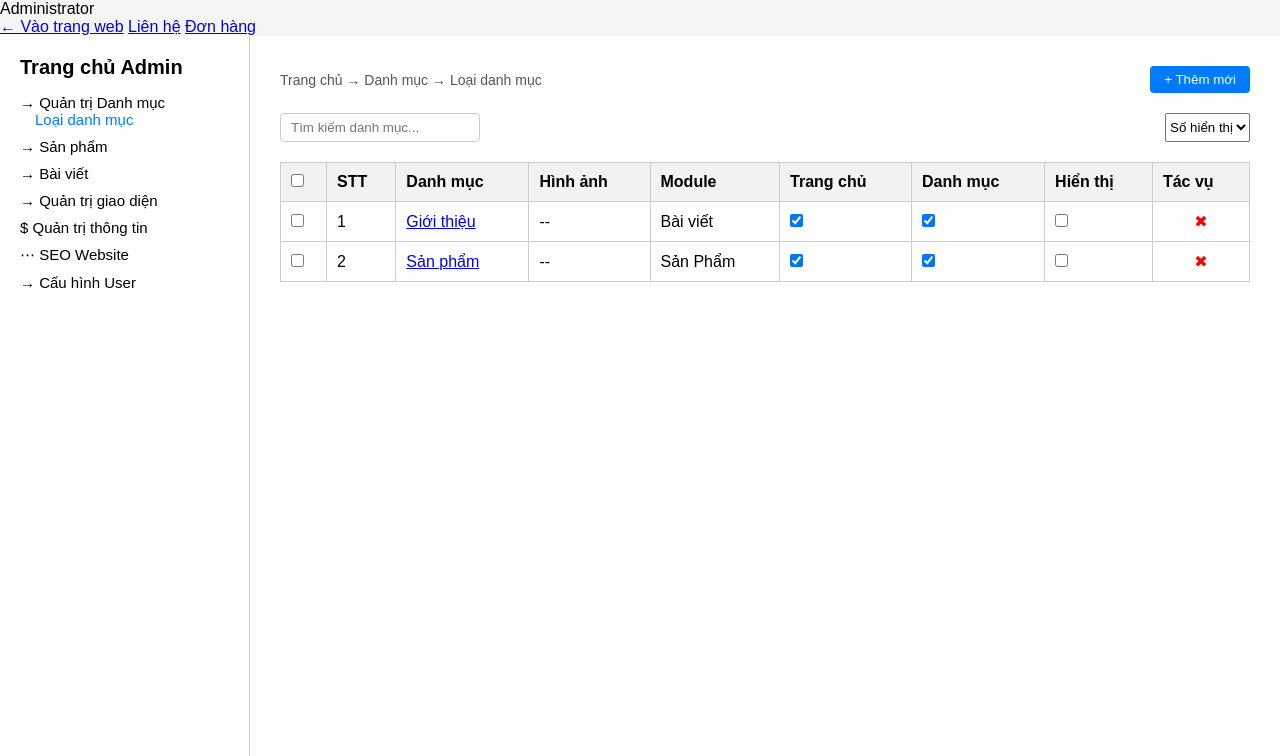
Repository: TranTanDat0606/Du-An-1
Page: Admin]/admin.html
An editor plug-in stored every save of this project. The page is shown before and after the next save, followed by the edit.
The browser window is 1280 px wide. The pictures show the whole page.

Above is the page before, as saved 2025-07-30 10:06:14.

### Admin]/admin.html
<!DOCTYPE html>
<html lang="vi">
<head>
    <meta charset="UTF-8" />
    <meta name="viewport" content="width=device-width, initial-scale=1.0"/>
    <title>Quản lý danh mục</title>
    <link rel="stylesheet" href="admin.css" />
</head>
<body>
    <header class="topbar">
    <div class="topbar-left">Administrator</div>
    <div class="topbar-right">
    <a href="#">← Vào trang web</a>
    <a href="#">Liên hệ</a>
    <a href="#">Đơn hàng</a></div>
</header>
    <div class="admin-container">
    <aside class="sidebar">
    <h2>Trang chủ Admin</h2>
    <ul>
        <li>→ Quản trị Danh mục
    <ul class="submenu">
            <li><a href="#">Loại danh mục</a></li>
    </ul>
        </li>
        <li>→ Sản phẩm</li>
        <li>→ Bài viết</li>
        <li>→ Quản trị giao diện</li>
        <li>$ Quản trị thông tin</li>
        <li>⋯ SEO Website</li>
        <li>→ Cấu hình User</li>
    </ul>
    </aside>
    <main class="main-content">
    <div class="header-bar">
        <span class="breadcrumbs">Trang chủ → Danh mục → Loại danh mục</span>
        <button class="btn-new">+ Thêm mới</button>
    </div>

    <div class="table-toolbar">
        <input type="text" class="search-input" placeholder="Tìm kiếm danh mục..." />
        <select>
    <option>Số hiển thị</option>
        </select>
    </div>
    <table>
        <thead>
    <tr>
            <th><input type="checkbox" /></th>
            <th>STT</th>
            <th>Danh mục</th>
            <th>Hình ảnh</th>
            <th>Module</th>
            <th>Trang chủ</th>
            <th>Danh mục</th>
            <th>Hiển thị</th>
            <th>Tác vụ</th>
    </tr>
        </thead>
        <tbody>
    <tr>
            <td><input type="checkbox" /></td>
            <td>1</td>
            <td><a href="#">Giới thiệu</a></td>
            <td>--</td>
            <td>Bài viết</td>
            <td><input type="checkbox" checked /></td>
            <td><input type="checkbox" checked /></td>
            <td><input type="checkbox" /></td>
            <td class="text-danger">✖</td>
    </tr>
    <tr>
            <td><input type="checkbox" /></td>
            <td>2</td>
            <td><a href="#">Sản phẩm</a></td>
            <td>--</td>
            <td>Sản Phẩm</td>
            <td><input type="checkbox" checked /></td>
            <td><input type="checkbox" checked /></td>
            <td><input type="checkbox" /></td>
            <td class="text-danger">✖</td>
    </tr>
        </tbody>
    </table>
    </main>
    </div>
</body>
</html>

### Admin]/admin.css
* {
    margin: 0;
    padding: 0;
    box-sizing: border-box;
    font-family: sans-serif;
}
/* header */

body {
    background: #f5f5f5;
}

.admin-container {
    display: flex;
    height: 100vh;
}

/* Sidebar */
.sidebar {
    width: 250px;
    background: #fff;
    border-right: 1px solid #ccc;
    padding: 20px;
}

.sidebar h2 {
    margin-bottom: 15px;
    font-size: 20px;
}

.sidebar ul {
    list-style: none;
}

.sidebar li {
    margin-bottom: 10px;
    font-size: 15px;
}

.sidebar .submenu {
    margin-left: 15px;
}

.sidebar a {
    color: #007bff;
    text-decoration: none;
}

/* Main Content */
.main-content {
    flex: 1;
    padding: 30px;
    background: #fff;
}

.header-bar {
    display: flex;
    justify-content: space-between;
    align-items: center;
}

.breadcrumbs {
    color: #555;
    font-size: 14px;
}

.btn-new {
    background: #007bff;
    color: #fff;
    border: none;
    padding: 6px 14px;
    border-radius: 4px;
    cursor: pointer;
}

.table-toolbar {
    margin: 20px 0;
    display: flex;
    justify-content: space-between;
}

.search-input {
    padding: 6px 10px;
    width: 200px;
    border: 1px solid #ccc;
    border-radius: 4px;
}

table {
    width: 100%;
    border-collapse: collapse;
    background: #fff;
}

table th,
table td {
    border: 1px solid #ccc;
    padding: 10px;
    text-align: left;
}

table th {
    background: #f2f2f2;
}

.text-danger {
    color: red;
    text-align: center;
}

After the next save:
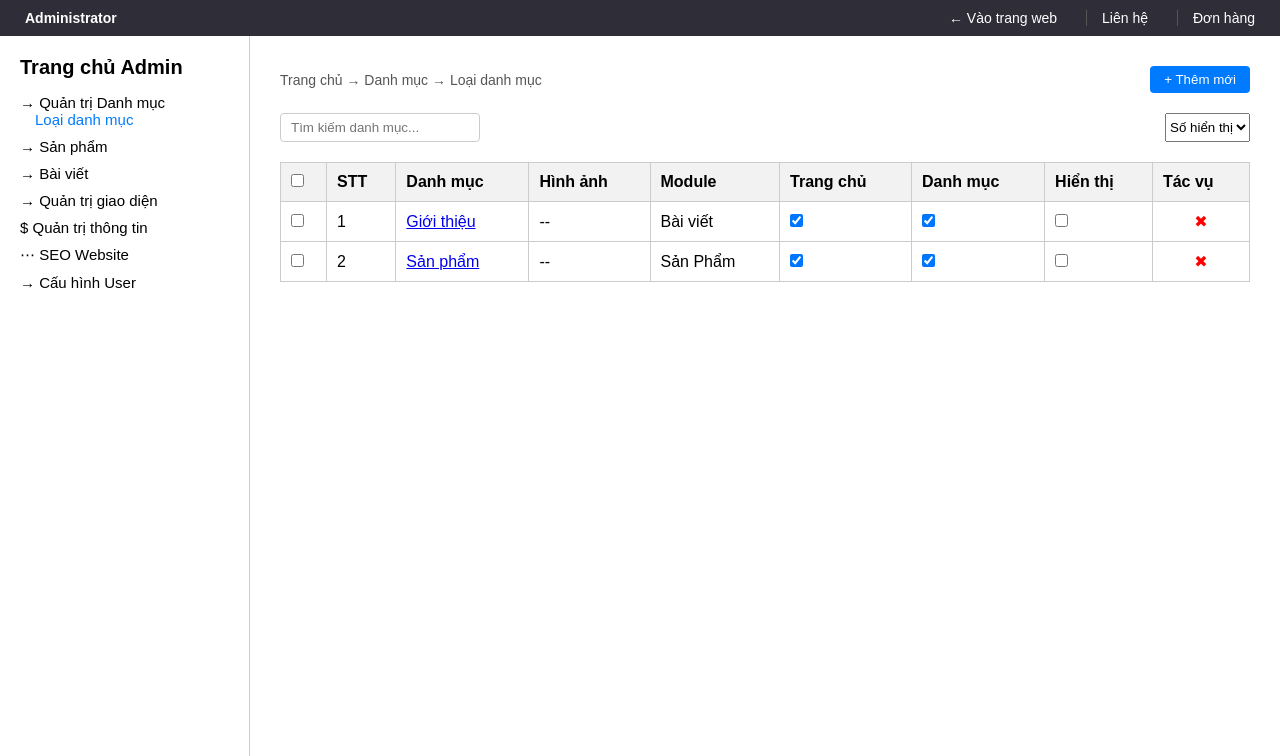
Saved 13 s later.
--- a/Admin]/admin.css
+++ b/Admin]/admin.css
@@ -5,7 +5,33 @@
     font-family: sans-serif;
 }
 /* header */
+/* Topbar admin */
+.topbar {
+    background-color: #2f2e38;
+    color: white;
+    display: flex;
+    justify-content: space-between;
+    align-items: center;
+    padding: 10px 25px;
+    font-size: 14px;
+}
 
+.topbar-left {
+    font-weight: bold;
+}
+
+.topbar-right a {
+    color: white;
+    text-decoration: none;
+    margin-left: 25px;
+    border-left: 1px solid #555;
+    padding-left: 15px;
+}
+
+.topbar-right a:first-child {
+    border-left: none;
+    padding-left: 0;
+}
 body {
     background: #f5f5f5;
 }
